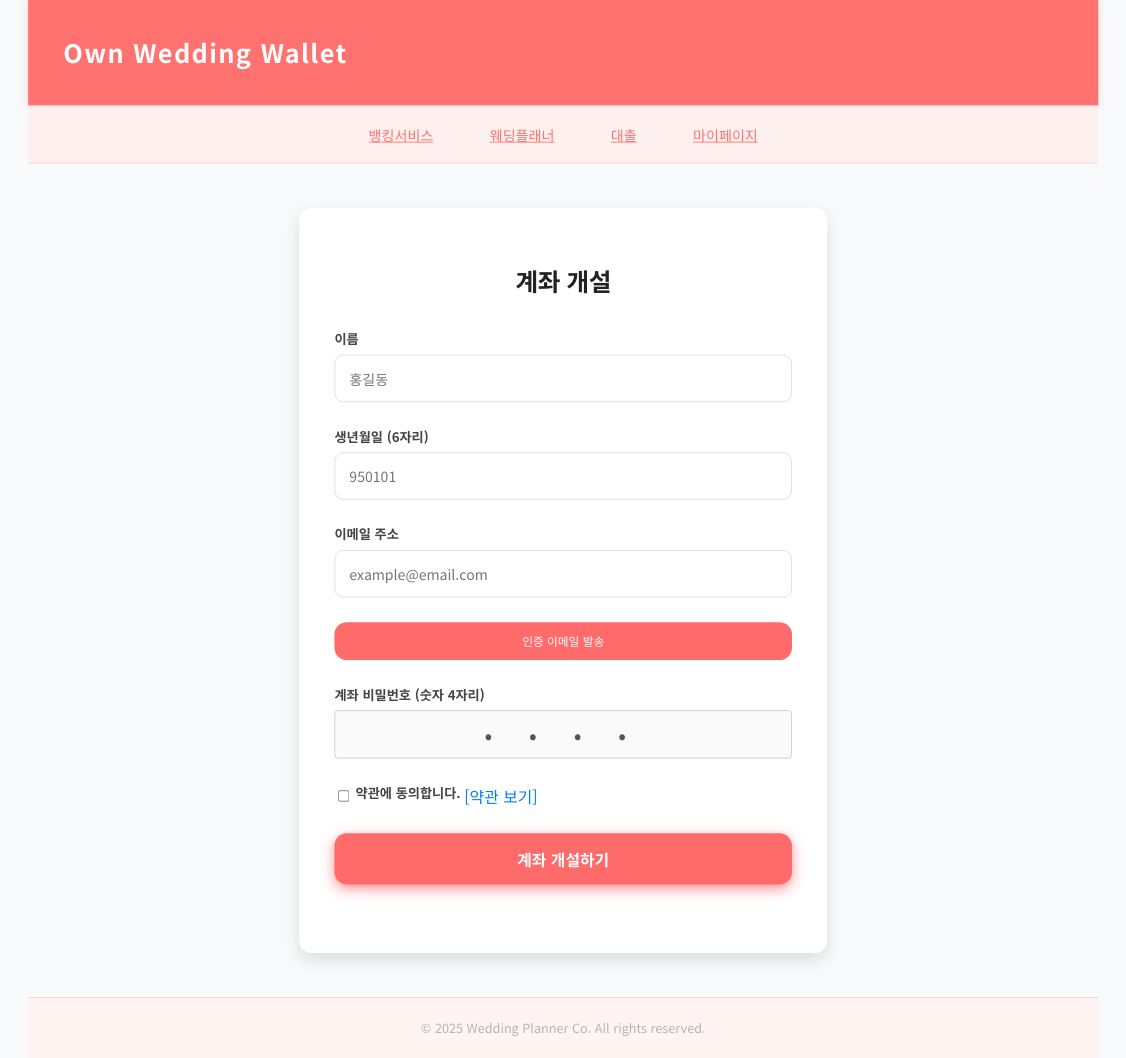
Repository: jieun1738/OWW
Page: http://localhost/account_success
An editor plug-in stored every save of this project. The page is shown before and after the next save, followed by the edit.
The browser window is 1280 px wide. The pictures show the whole page, at 88% of full size.
The page is this project's Thymeleaf template; nobody is signed in. The template is opened directly, without the code that normally fills it, so the values that code supplies are empty.

Above is the page before, as saved 2025-08-18 14:24:40.
Console error: ReferenceError: checkLoginStatus is not defined

### oww_test2/oww_bankingService/src/main/resources/templates/account_success.html
<!DOCTYPE html>
<html lang="ko">
<head>
<meta charset="UTF-8" />
<title>계좌 개설</title>
<link href="https://fonts.googleapis.com/css2?family=Noto+Sans+KR&display=swap" rel="stylesheet" />
<link rel="stylesheet" href="/css/account_css.css" />
<link rel="stylesheet" href="/css/page.css" />
<style>
body {
	display: block !important;
	justify-content: initial !important;
	align-items: initial !important;
}
.container {
	width: 600px !important;
	margin: 50px auto !important;
}
.password-box {
	cursor: pointer;
	padding: 8px;
	border: 1px solid #ccc;
	border-radius: 4px;
	text-align: center;
	user-select: none;
}
.keypad {
	display: grid;
	grid-template-columns: repeat(3, 1fr);
	gap: 8px;
	margin-top: 8px;
}
.submit-btn {
	width: 100%;
	padding: 10px;
	background-color: #4CAF50;
	color: white;
	border: none;
	border-radius: 5px;
	cursor: pointer;
}
.submit-btn:hover {
	background-color: #45a049;
}
.terms-inline {
	display: flex;
	align-items: center;
	gap: 4px;
}
.terms-link {
	color: #007bff;
	text-decoration: none;
	cursor: pointer;
}
.modal {
	display: none;
	position: fixed;
	top: 0; left: 0;
	width: 100%; height: 100%;
	background: rgba(0,0,0,0.5);
	justify-content: center; align-items: center;
}
.modal-content {
	background: white;
	padding: 20px;
	border-radius: 8px;
	width: 80%;
	max-width: 500px;
}
.close {
	float: right;
	font-size: 24px;
	cursor: pointer;
}
</style>
</head>
<body>

<header>
	<h1 class="logo">Own Wedding Wallet</h1>
</header>

<nav>
	<div class="nav-item">
		<a href="/banking_main" class="nav-link">뱅킹서비스</a>
		<div class="dropdown">
			<a href="/createAccount">계좌생성</a>
			<a href="banking_transfer_1">이체</a>
			<a href="banking_safebox">세이프박스</a>
		</div>
	</div>
	<div class="nav-item">
		<a href="#wedding" class="nav-link">웨딩플래너</a>
		<div class="dropdown">
			<a href="#">추천테마</a>
			<a href="#">DIY</a>
		</div>
	</div>
	<div class="nav-item">
		<a href="#loan" class="nav-link">대출</a>
		<div class="dropdown">
			<a href="#">대출상품</a>
			<a href="#">대출상환</a>
		</div>
	</div>
	<div class="nav-item">
		<a href="#mypage" class="nav-link">마이페이지</a>
	</div>
</nav>

<form action="/account/create" method="post" onsubmit="return submitForm()">
<section class="container" role="main" aria-label="계좌 개설 폼">
	<h2>계좌 개설</h2>

	<article class="section">
		<label for="name">이름</label>
		<input type="text" id="name" name="name" placeholder="홍길동" autocomplete="name" required />
	</article>

	<article class="section">
		<label for="birth">생년월일 (6자리)</label>
		<input type="text" id="birth" name="birth" placeholder="950101" maxlength="6" pattern="\d{6}" title="6자리 숫자 입력" autocomplete="bday" required />
	</article>

	<article class="section">
		<label for="email">이메일 주소</label>
		<input type="email" id="email" name="email" placeholder="example@email.com" autocomplete="email" required />
	</article>

	<article class="section">
		<button type="button" onclick="sendEmailVerification(event)" style="width: 100%;">인증 이메일 발송</button>
	</article>

	<article class="section" id="emailVerifySection" style="display: none;">
		<label for="emailCode">인증번호 입력</label>
		<input type="text" id="emailCode" name="emailCode" placeholder="6자리 입력" maxlength="6" />
		<button type="button" onclick="verifyEmailCode(event)" style="margin-top: 8px; width: 100%;">✅ 인증 확인</button>
	</article>

	<article class="section">
		<label for="passwordInput">계좌 비밀번호 (숫자 4자리)</label>
		<div id="passwordDisplay" class="password-box" tabindex="0" aria-label="계좌 비밀번호 입력창" role="textbox" aria-readonly="true" onclick="showKeypad()" onkeydown="preventTyping(event)">● ● ● ●</div>
		<input type="hidden" id="passwordInput" name="password" maxlength="4" required />
		<div class="keypad" id="keypad" aria-label="숫자 키패드" style="display: none;">
			<button type="button" onclick="addNumber('1')">1</button>
			<button type="button" onclick="addNumber('2')">2</button>
			<button type="button" onclick="addNumber('3')">3</button>
			<button type="button" onclick="addNumber('4')">4</button>
			<button type="button" onclick="addNumber('5')">5</button>
			<button type="button" onclick="addNumber('6')">6</button>
			<button type="button" onclick="addNumber('7')">7</button>
			<button type="button" onclick="addNumber('8')">8</button>
			<button type="button" onclick="addNumber('9')">9</button>
			<button type="button" onclick="hideKeypad()">취소</button>
			<button type="button" onclick="addNumber('0')">0</button>
			<button type="button" onclick="removeNumber()">삭제</button>
		</div>
	</article>

	<article class="section">
		<div class="terms-inline">
			<input type="checkbox" id="agree" name="agree" required />
			<label for="agree">약관에 동의합니다.</label>
			<a href="#" onclick="openModal(event)" class="terms-link">[약관 보기]</a>
		</div>
	</article>

	<article class="section">
		<button class="submit-btn" type="submit">계좌 개설하기</button>
	</article>
</section>
</form>

<div id="termsModal" class="modal" role="dialog" aria-modal="true" aria-labelledby="modalTitle" aria-describedby="modalDesc">
	<div class="modal-content">
		<span class="close" onclick="closeModal()" aria-label="모달 닫기">&times;</span>
		<h3 id="modalTitle">계좌 개설 약관</h3>
		<div id="modalDesc">
			<p>본인은 계좌 개설에 필요한 모든 정보를 사실대로 입력하였으며, 전자금융거래법 및 관련 법률에 따라 제공되는 서비스 이용에 동의합니다.</p>
			<h4>제1조 (목적)</h4>
			<p>...</p>
			<h4>제2조 (개인정보의 수집 및 이용)</h4>
			<p>...</p>
			<h4>제3조 (계좌 이용 및 해지)</h4>
			<p>...</p>
			<h4>제4조 (비밀번호 보호)</h4>
			<p>...</p>
		</div>
	</div>
</div>

<footer> &copy; 2025 Wedding Planner Co. All rights reserved.</footer>

<script src="/js/auth-buttons.js"></script>
<script>
window.onload = function() {
	document.activeElement.blur();
};

const passwordInput = document.getElementById("passwordInput");
const passwordDisplay = document.getElementById("passwordDisplay");
const keypad = document.getElementById("keypad");

function showKeypad() { keypad.style.display = "grid"; }
function hideKeypad() { keypad.style.display = "none"; }
function updateDisplay() {
	const length = passwordInput.value.length;
	let display = "";
	for (let i = 0; i < 4; i++) display += i < length ? "● " : "• ";
	passwordDisplay.textContent = display.trim();
}
function addNumber(num) { if(passwordInput.value.length<4){ passwordInput.value+=num; updateDisplay(); } }
function removeNumber() { passwordInput.value=passwordInput.value.slice(0,-1); updateDisplay(); }
function preventTyping(event){ event.preventDefault(); }

function openModal(e){ e.preventDefault(); document.getElementById("termsModal").style.display="flex"; }
function closeModal(){ document.getElementById("termsModal").style.display="none"; }

function submitForm(){
	if(passwordInput.value.length!==4){ alert("비밀번호 4자리를 입력해주세요."); showKeypad(); passwordDisplay.focus(); return false; }
	if(!document.getElementById("agree").checked){ alert("약관에 동의해야 계좌를 개설할 수 있습니다."); return false; }
	return true;
}
updateDisplay();
passwordDisplay.addEventListener("keydown", preventTyping);

function sendEmailVerification(event){
	const button = event.target;
	const email = document.getElementById("email").value;
	if(!email || !email.includes("@")){ alert("유효한 이메일 주소를 입력하세요."); return; }
	const originalText = button.textContent;
	button.textContent="발송 중...";
	button.disabled=true;

	fetch('/account/send-verification',{
		method:'POST',
		headers:{ 'Content-Type':'application/x-www-form-urlencoded','X-Requested-With':'XMLHttpRequest' },
		body:'email='+encodeURIComponent(email)
	})
	.then(res=>res.json())
	.then(data=>{
		if(data.success){
			alert("✅ "+data.message);
			document.getElementById("emailVerifySection").style.display="block";
		}else alert("❌ "+data.message);
	})
	.catch(err=>{ console.error(err); alert("❌ 인증번호 발송 중 오류가 발생했습니다."); })
	.finally(()=>{ button.textContent=originalText; button.disabled=false; });
}

function verifyEmailCode(event){
	const button=event.target;
	const email=document.getElementById("email").value;
	const code=document.getElementById("emailCode").value;
	if(!code || code.length!==6){ alert("6자리 인증번호를 입력하세요."); return; }

	const originalText=button.textContent;
	button.textContent="확인 중...";
	button.disabled=true;

	fetch('/account/verify-email',{
		method:'POST',
		headers:{ 'Content-Type':'application/x-www-form-urlencoded','X-Requested-With':'XMLHttpRequest' },
		body:'email='+encodeURIComponent(email)+'&code='+encodeURIComponent(code)
	})
	.then(res=>res.json())
	.then(data=>{
		if(data.success){
			alert("✅ "+data.message);
			const codeInput=document.getElementById("emailCode");
			codeInput.style.backgroundColor="#d4edda";
			codeInput.readOnly=true;
			button.textContent="✅ 인증 완료";
			button.style.backgroundColor="#28a745";
		}else{
			alert("❌ "+data.message);
			button.textContent=originalText;
			button.disabled=false;
		}
	})
	.catch(err=>{ console.error(err); alert("❌ 인증 확인 중 오류가 발생했습니다."); button.textContent=originalText; button.disabled=false; });
}
</script>
</body>
</html>

### oww_test2/oww_bankingService/src/main/resources/static/css/page.css
@charset "UTF-8";

/* 기본 세팅 */
body {
	margin: 0;
	font-family: 'Segoe UI', sans-serif;
	font-size: 18px;
	padding: 0 32px;
	box-sizing: border-box;
}

/* Header */
header {
	background: #ff726f;
	padding: 20px 40px;
	box-shadow: 0 3px 10px rgb(255 114 111/ 0.3);
	position: sticky;
	top: 0;
	z-index: 1000;
	display: flex;
	justify-content: space-between;
	align-items: center;
}

.logo {
	color: #fff;
	font-weight: 700;
	font-size: 1.8rem;
	letter-spacing: 1.5px;
	user-select: none;
}

/* Navigation */
nav {
	background-color: rgba(255, 240, 240, 0.95);
	display: flex;
	justify-content: center;
	gap: 40px;
	padding: 12px 0;
	border-top: 1px solid #ffd2cc;
	border-bottom: 1px solid #ffd2cc;
	position: sticky;
	top: 56px;
	z-index: 1100;
}

.nav-item {
	position: relative;
}

.nav-link {
	color: #ff726f;
	padding: 8px 12px;
	font-size: 1rem;
	border-radius: 8px;
	transition: background-color 0.3s ease, color 0.3s ease;
	cursor: pointer;
	display: inline-block;
}

.nav-link:hover, .nav-item:hover>.nav-link {
	background-color: #ff726f;
	color: white;
}

.dropdown {
	position: absolute;
	top: 125%;
	left: 0;
	background: white;
	border-radius: 10px;
	box-shadow: 0 6px 15px rgb(0 0 0/ 0.12);
	padding: 12px 0;
	min-width: 180px;
	opacity: 0;
	visibility: hidden;
	transform: translateY(-10px);
	transition: all 0.25s ease;
	z-index: 1005;
}

.nav-item:hover .dropdown {
	opacity: 1;
	visibility: visible;
	transform: translateY(0);
}

.dropdown a {
	padding: 10px 24px;
	display: block;
	font-weight: 500;
	font-size: 0.9rem;
	color: #ff726f;
	transition: background-color 0.3s ease;
}

.dropdown a:hover {
	background-color: #ffe3e1;
	color: #b53e38;
}

/* Footer */
footer {
	text-align: center;
	padding: 24px 0;
	color: #b8b3b0;
	font-weight: 500;
	font-size: 0.9rem;
	background: #fff4f2;
	box-shadow: inset 0 1px 0 #ffd3ce;
	user-select: none;
}

/* 서비스 카드 */
.service-cards {
	max-width: 1200px;
	margin: 60px auto 100px auto;
	display: flex;
	flex-direction: column;
	gap: 60px;
	padding: 0 16px;
	justify-content: center;
}

.service-card {
	width: 100%;
	max-width: 880px;
	margin: 0 auto;
	display: flex;
	align-items: center;
	justify-content: space-between;
	background: #fff;
	border-radius: 24px;
	padding: 24px 32px 24px 68px; /* 왼쪽 여백 더 큼 */
	box-shadow: 0 6px 15px rgb(0 0 0/ 0.07);
	gap: 20px;
	user-select: none;
	transition: box-shadow 0.3s ease;
}

.service-card:hover {
	box-shadow: 0 12px 30px rgb(0 0 0/ 0.15);
}

.service-card-left {
	flex: 1;
	font-weight: 700;
	color: #ff726f;
	display: flex;
	flex-direction: column;
	gap: 16px; /* 제목과 계좌번호 사이 간격 줄임 */
}

.service-card-left h1 {
	font-size: 2.0rem;
	line-height: 1.3;
	font-weight: 700;
}

.service-card-left h1#name {
	font-size: 1.8rem;
	margin-bottom: 4px;
}

.service-card-left h2 {
	font-size: 2.2rem;
	line-height: 1.3;
	margin-bottom: 16px;
}

.service-card-left h3 {
	font-size: 1.5rem;
	font-weight: 500;
}

.service-card-icon {
	font-size: 144px;
	user-select: none;
}

.service-card-right {
	flex-shrink: 0;
	display: flex;
	flex-direction: column;
	gap: 20px;
	text-align: right;
	align-items: flex-end;
	color: #8e827b;
	font-weight: 500;
	font-size: 1.2rem;
}

.service-card-center {
	flex: 1;
	display: flex;
	flex-direction: column;
	color: #ff726f;
	justify-content: center; /* 가로 중앙 */
	align-items: center; /* 세로 중앙 */
	height: 100%; /* 상위 요소에 맞추려면 필요 */
	text-align: center; /* 텍스트 정렬 */
}

.service-card-center h1 {
	font-size: 3.0rem;
	margin-bottom: 4px;
}

.service-card-center h2 {
	font-size: 2.2rem;
	line-height: 1.3;
	margin-bottom: 16px;
}

.service-card-center h3 {
	font-size: 1.5rem;
	font-weight: 500;
}

.transfer-name, .transfer-account {
	font-size: 2rem; /* 보기 좋은 기본 크기 */
	font-weight: bold; /* 굵게 */
	color: #ff726f; /* 기존 스타일 유지 (원하시면 다른 색도 가능) */
	margin: 4px 0;
}

.transfer-balance {
	font-size: 3.4rem; /* 글씨 더 크게 */
	font-weight: bold; /* 굵게 */
	color: #ff726f;
	margin: 8px 0 16px;
}

/* 버튼들: .transfer-btn, .history-btn 스타일 추가 */
.transfer-btn, .history-btn {
	font-weight: 700;
	font-size: 1.2rem;
	padding: 16px 36px;
	color: #ff726f;
	border-radius: 30px;
	border: 3px solid #ff726f;
	background-color: transparent;
	cursor: pointer;
	transition: all 0.25s ease;
	user-select: none;
}

.transfer-btn:hover, .history-btn:hover {
	background-color: #ff726f;
	color: white;
	border-color: transparent;
}

.transfer-btn:disabled {
	background-color: transparent;
	border-color: #f7c6c5;
	color: #f7c6c5;
	cursor: not-allowed;
	pointer-events: none;
	opacity: 0.6;
}

.underline-btn {
	font-size: 2rem;
	background: none;
	border: none;
	padding: 0;
	color: #ff726f; /* 원하는 글씨색 */
	font-weight: 700;
	font-size: 1.2rem;
	text-decoration: underline; /* 밑줄 */
	cursor: pointer;
	user-select: none;
	transition: color 0.25s ease;
}

.underline-btn:hover {
	color: #b53e38; /* 호버 시 색상 변경 (원하는 색으로) */
	text-decoration: underline; /* 유지 */
}

.button-row {
	display: flex;
	align-items: center;
	gap: 16px; /* 요소들 사이 간격 */
	flex-wrap: nowrap; /* 줄바꿈 막기 */
}

.account-display {
	cursor: pointer;
}

#accountInput {
	width: 100%;
	max-width: 280px;
	padding: 14px 20px;
	font-size: 1.2rem;
	font-family: 'Segoe UI', sans-serif;
	color: #ff726f;
	background-color: #fff4f2;
	border: 2.5px solid #ff726f;
	border-radius: 24px;
	box-shadow: 0 6px 15px rgb(255 114 111/ 0.15);
	transition: border-color 0.3s ease, box-shadow 0.3s ease;
	outline: none;
	user-select: text;
}

#accountInput::placeholder {
	color: #f7c6c5;
	font-weight: 500;
}

.account-info {
	font-size: 1.1rem;
	font-weight: 500;
	color: #333333;
	margin: 4px 0;
}

#accountInput:focus {
	border-color: #b53e38;
	box-shadow: 0 8px 25px rgb(181 62 56/ 0.3);
	background-color: #fff0ef;
}

/* 모달 기본 스타일 */
.modal {
	display: none; /* 숨김 상태 */
	position: fixed;
	z-index: 9999;
	left: 0;
	top: 0;
	width: 100vw;
	height: 100vh;
	background-color: rgba(0, 0, 0, 0.4);
	justify-content: center;
	align-items: center;
}

.modal-content {
	background-color: #fff;
	border-radius: 24px;
	padding: 30px 36px;
	box-shadow: 0 6px 20px rgb(0 0 0/ 0.15);
	width: 100%;
	max-width: 400px;
}

.modal-content input {
	width: 80%;
	padding: 10px;
	border: 2px solid #ff726f;
	border-radius: 8px;
	margin-top: 16px;
	font-size: 1rem;
}

.bank-list {
	display: grid;
	grid-template-columns: repeat(2, 1fr);
	gap: 12px;
	justify-content: center;
}

.bank-btn {
	height: 60px;
	border: none;
	background: transparent;
	cursor: pointer;
	padding: 4px;
	display: flex;
	align-items: center;
	justify-content: center;
}

.bank-btn img {
	max-height: 40px;
	object-fit: contain;
}

.bank-btn:hover {
	background-color: #ff726f33;
	box-shadow: 0 0 8px #ff726f;
	border-radius: 12px;
}

/* 은행 선택 후 표시될 로고 스타일 */
.selected-bank-logo {
	width: 80px;
	height: 80px;
	display: inline-block;
}

.close {
	position: absolute;
	right: 24px;
	top: 16px;
	font-size: 24px;
	cursor: pointer;
}

/* 모달 제목 스타일 */
.modal-content h3 {
	font-family: 'Segoe UI', sans-serif;
	color: #ff726f;
	font-weight: 700;
	font-size: 1.5rem;
	margin-bottom: 16px;
	user-select: none;
}

/* 모달 일반 문단 스타일 */
.modal-content p {
	font-family: 'Segoe UI', sans-serif;
	color: #ff726f;
	font-weight: 600;
	font-size: 1.2rem;
	margin: 6px 0;
	user-select: none;
}

/* 모달 내 버튼 스타일 - 은행 모달의 버튼 스타일을 공통으로 */
.modal-content button {
	font-weight: 700;
	font-size: 1.2rem;
	padding: 12px 28px;
	color: #ff726f;
	border-radius: 30px;
	border: 3px solid #ff726f;
	background-color: transparent;
	cursor: pointer;
	transition: all 0.25s ease;
	user-select: none;
	margin-top: 12px;
	display: inline-block;
}

.modal-content button:hover {
	background-color: #ff726f;
	color: white;
	border-color: transparent;
}

/* #transferAmount 통합 스타일 */
#transferAmount {
	width: 800px; /* 너비 키움 */
	height: 100px; /* 높이 추가 */
	padding: 20px 24px; /* 패딩 약간 키움 */
	font-size: 1.8rem; /* 글씨도 약간 키움 */
	font-weight: bold;
	border: none; /* 테두리 제거 */
	border-radius: 12px;
	text-align: center;
	box-sizing: border-box;
	box-shadow: 0 2px 8px rgba(255, 114, 111, 0.3);
	background-color: #fff;
	transition: box-shadow 0.3s ease;
}

#transferAmount:focus {
	outline: none;
	border-color: transparent;
	box-shadow: 0 0 12px rgba(255, 114, 111, 0.6);
	background-color: #fffdfd;
}

#transferAmount::placeholder {
	color: #bbb;
	font-size: 1.2rem;
}

/* 반응형 정리 */
@media ( max-width : 768px) {
	body {
		padding: 0 16px;
	}
	nav {
		gap: 24px;
		font-size: 0.95rem;
	}
	.service-cards {
		gap: 40px;
		padding: 0 16px;
	}
	.service-card {
		flex-direction: column;
		padding: 32px 24px;
	}
	.service-card-left {
		flex: none;
		flex-direction: row;
		align-items: center;
		gap: 16px;
		margin-bottom: 20px;
	}
	.service-card-left h2 {
		font-size: 1.6rem;
	}
	.service-card-left h3 {
		font-size: 1.2rem;
	}
	.service-card-icon {
		font-size: 72px;
	}
	.service-card-right {
		text-align: left;
		align-items: flex-start;
		padding-left: 0;
	}
	.transfer-btn, .history-btn {
		padding: 16px 40px;
		font-size: 1.1rem;
		align-self: stretch;
	}
}

Loaded but not shown: oww_test2/oww_bankingService/src/main/resources/static/js/auth-buttons.js (34 lines, source omitted); oww_test2/oww_bankingService/src/main/resources/static/css/account_css.css (726 lines, source omitted)

After the next save:
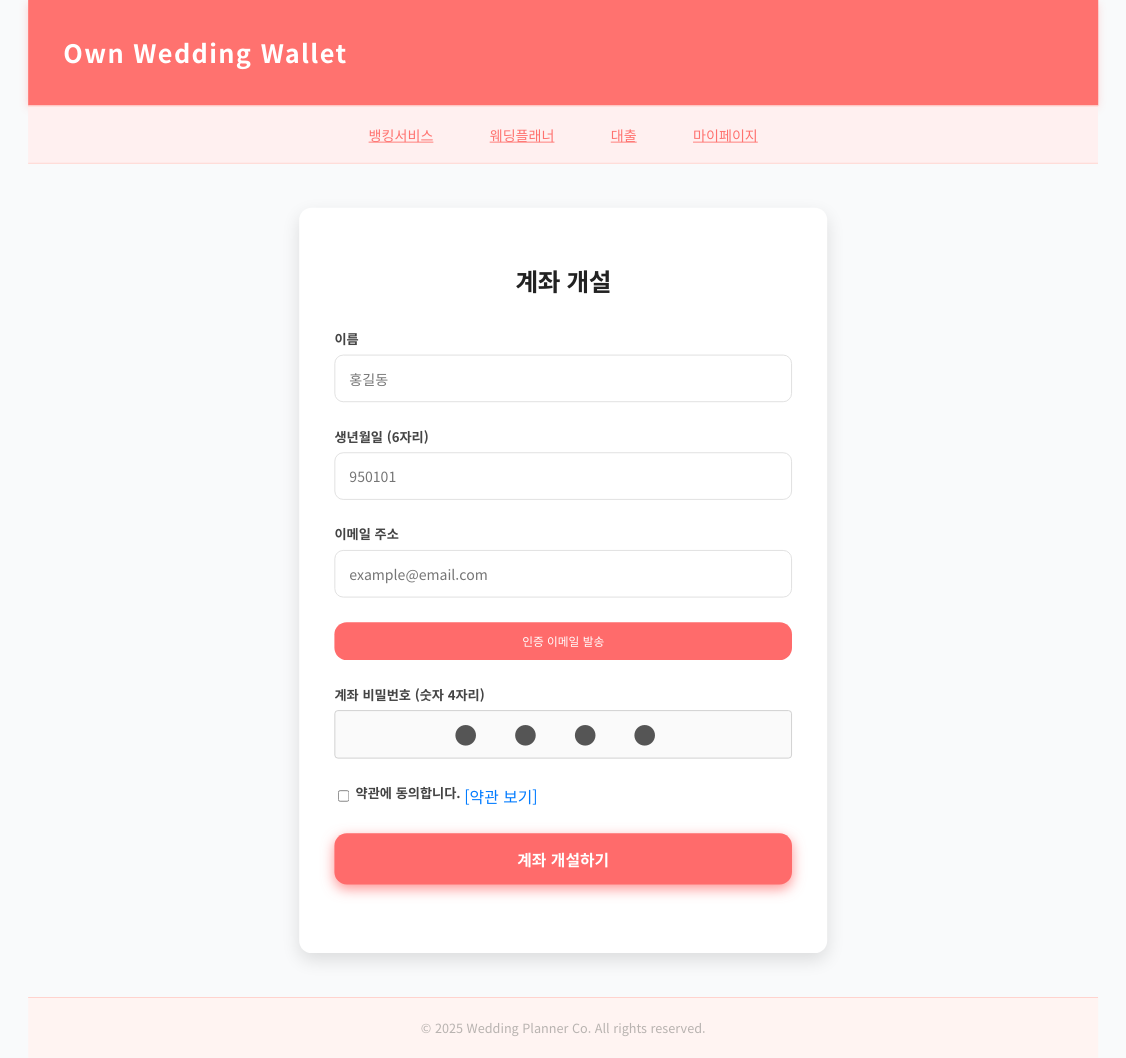
Console error: SyntaxError: Unexpected identifier 'credentials'
Saved 6 min 7 s later.
--- a/oww_test2/oww_bankingService/src/main/resources/templates/account_success.html
+++ b/oww_test2/oww_bankingService/src/main/resources/templates/account_success.html
@@ -236,6 +236,7 @@
 		method:'POST',
 		headers:{ 'Content-Type':'application/x-www-form-urlencoded','X-Requested-With':'XMLHttpRequest' },
 		body:'email='+encodeURIComponent(email)
+		credentials: 'include'
 	})
 	.then(res=>res.json())
 	.then(data=>{

After the save that followed:
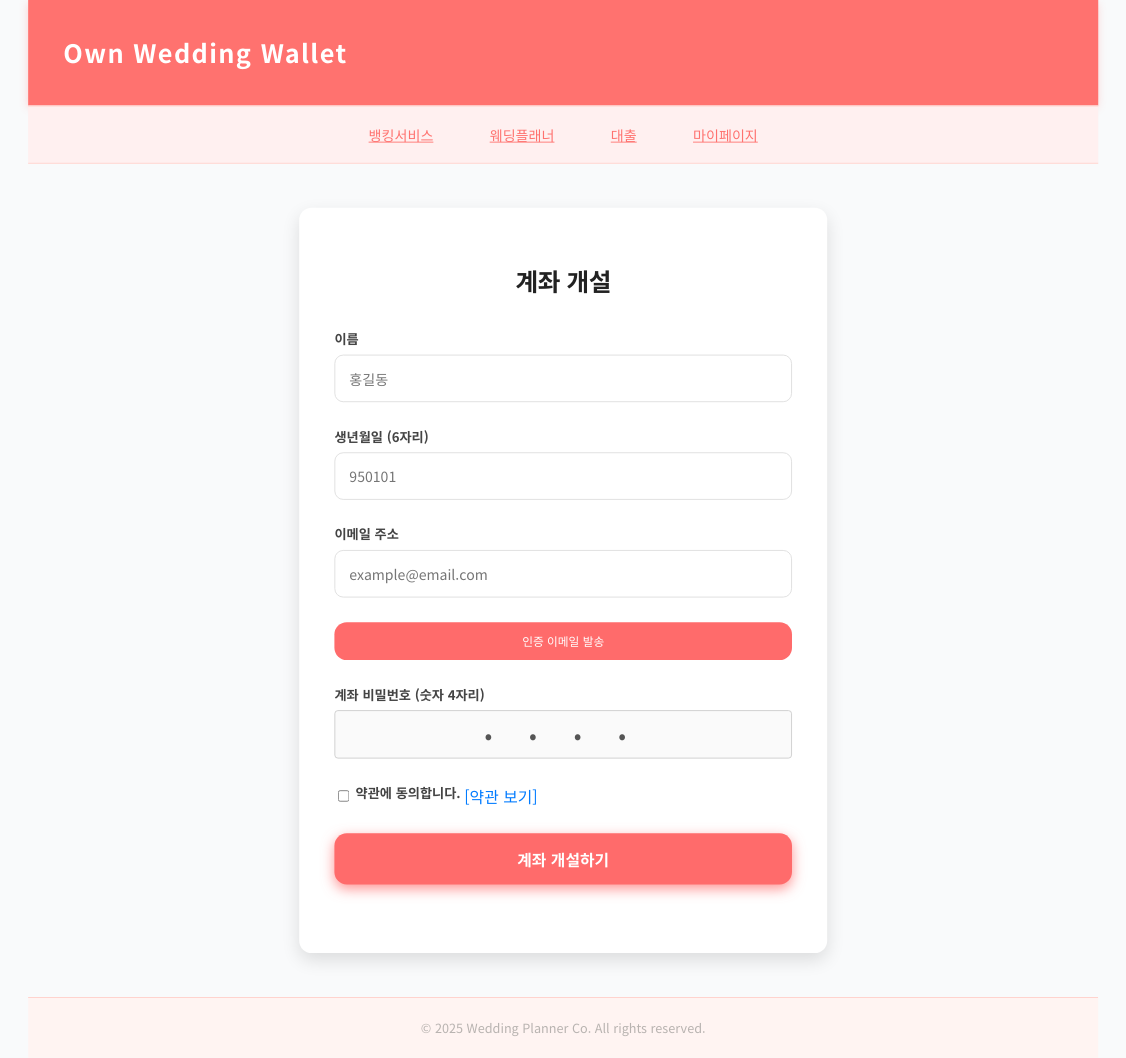
Console error: ReferenceError: checkLoginStatus is not defined
Saved 11 s later.
--- a/oww_test2/oww_bankingService/src/main/resources/templates/account_success.html
+++ b/oww_test2/oww_bankingService/src/main/resources/templates/account_success.html
@@ -235,7 +235,7 @@
 	fetch('/account/send-verification',{
 		method:'POST',
 		headers:{ 'Content-Type':'application/x-www-form-urlencoded','X-Requested-With':'XMLHttpRequest' },
-		body:'email='+encodeURIComponent(email)
+		body:'email='+encodeURIComponent(email),
 		credentials: 'include'
 	})
 	.then(res=>res.json())
